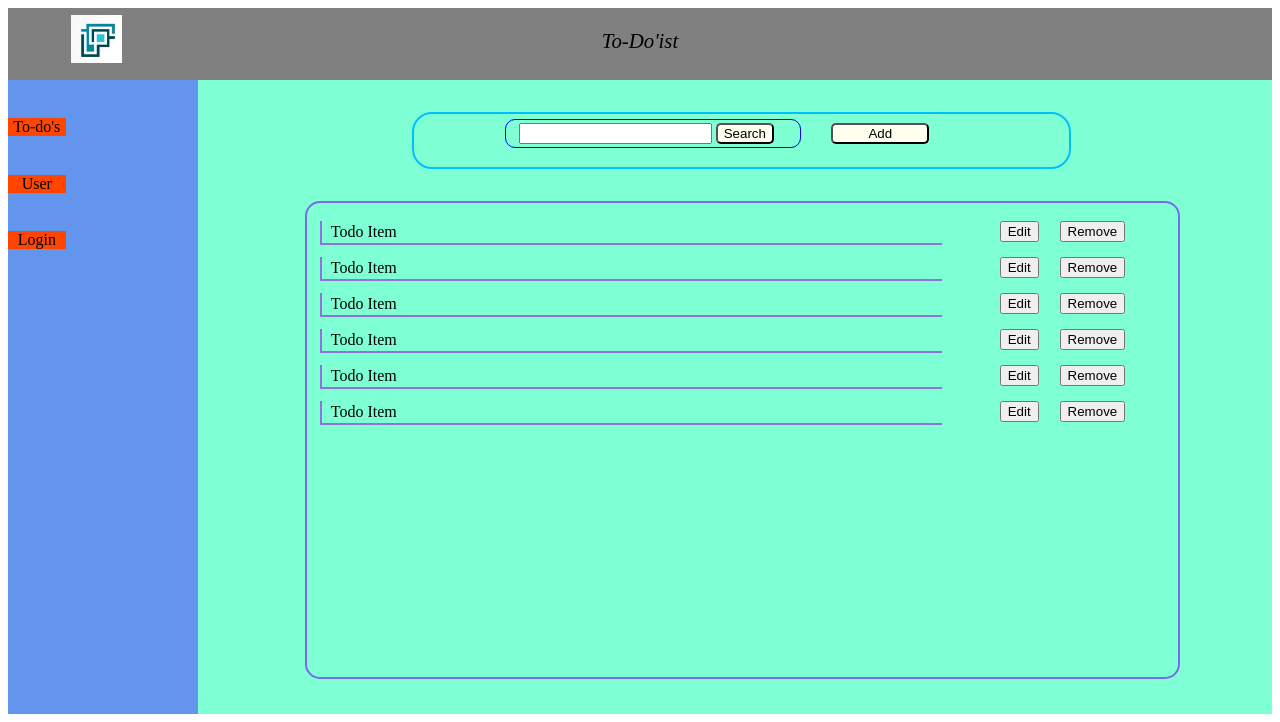
Repository: tavisca-pkadam/Todo-Website
Page: home.html
These files come from the project's save history. The page is drawn as it stood at one moment and after a run of saves; the edit follows.
The browser window is 1280 px wide. The pictures show the whole page.

Above is the page before, as saved 2019-08-20 08:43:25.

### home.html
<!DOCTYPE html>
<html>
  <head>
    <meta charset="utf-8" />
    <meta http-equiv="X-UA-Compatible" content="IE=edge" />
    <title>Page Title</title>
    <meta name="viewport" content="width=device-width, initial-scale=1" />
    <link rel="stylesheet" type="text/css" media="screen" href="main.css" />

    <link rel="import" href="components/header.html" />

    <!-- <script src='main.js'></script> -->
  </head>
  <body>
    <div id="head" class="header">
      <img id="company_logo" src="src/logo.jpg" width="5%" />
      <p id="todo_header"><i>To-Do'ist</i></p>
    </div>


    <div id="side_nav">
      <div id="side_todo"  class="side_btn">
        To-do's
      </div>
      <div id="side_user" class="side_btn">
        User
      </div>
      <div id="side_login" class="side_btn">
        Login
      </div>
    </div>
    <div id="todo_content">
        <div id="todo_content_head">
            <div id="todo_content_search">
                <input type="text" style="padding-right:10px">
                <button class="search_button">Search</button>
            </div>
            <button id="todo_content_add" class="search_button">Add</button>
        </div>
        <div id="todo_list">
            <div class="todo_item">
                <div class="todo_detail">
                        Todo Item
                </div>
                <button class="todo_edit_btn">Edit</button>
                <button>Remove</button>
            </div>
            <div class="todo_item">
                <div class="todo_detail">
                        Todo Item
                </div>
                <button class="todo_edit_btn">Edit</button>
                <button>Remove</button>
            </div>
            <div class="todo_item">
                <div class="todo_detail">
                        Todo Item
                </div>
                <button class="todo_edit_btn">Edit</button>
                <button>Remove</button>
            </div>
            <div class="todo_item">
                <div class="todo_detail">
                        Todo Item
                </div>
                <button class="todo_edit_btn">Edit</button>
                <button>Remove</button>
            </div>
            <div class="todo_item">
                <div class="todo_detail">
                        Todo Item
                </div>
                <button class="todo_edit_btn">Edit</button>
                <button>Remove</button>
            </div>
            <div class="todo_item">
                <div class="todo_detail">
                        Todo Item
                </div>
                <button class="todo_edit_btn">Edit</button>
                <button>Remove</button>
            </div>
        </div>
    </div>
  </body>
</html>

### main.css
.header {
    background-color:gray;
    position: relative;
    width: 100%;
    height: 10vh;
}

#company_logo {
    position: absolute;
    left: 5%;
    width: 4%;
    margin-top: 1vh;
}

#todo_header {
    font-size: 1.3em;
    font-style: oblique;
    font-stretch: expanded;
    position: absolute;
    width: 100%;
    text-align: center;
    /* right: 45%; */
}

#side_nav {
    position: fixed;
    width: 15%;
    background-color: cornflowerblue;
    height: 88vh;
}

.side_btn {
    text-align: center;
    width: 30%;
    position: relative;
    background-color: orangered;
    margin-top: 20%;
}


#todo_content {
    position: relative;
    left: 15%;
    width:85%;
    background-color: aquamarine;
    height: 88vh;
}

#todo_content_head {
    border: 1px;
    position: relative;
    /* background-color: deepskyblue; */
    padding: 5px;
    width: 60%;
    height: 6vh;
    border-radius: 20px;
    left: 20%;
    top: 5%;

    border-width: 2px;
    border-style: solid;
    border-color: deepskyblue;
}

.search_button{
    text-align: center;
    background-color: ivory;
    border-radius: 5px;
}

#todo_content_search{
    position: absolute;
    /* background-color: darksalmon; */
    padding: 0.5%;
    margin-left:4%;
    padding-left: 2%;
    padding-right: 4%;
    left: 5vw;
    border-radius: 10px;
    border-width: 1px;
    border-style: solid;
    border-color: blue;

}
#todo_content_add {
    position: absolute;
    background-color: ivory;
    left: 30vw;
    /* top: 10px; */
    width: 15%;
    margin: 4px;
    margin-left: 5%;
}


#todo_list {
    /* background-color: mediumslateblue; */
    position: relative;
    width: 80%;
    left: 10%;
    top: 10%;
    height: 65vh;
    border-radius: 15px;
    padding:3px;
    padding-left: 8px;


    border-width: 2px;
    border-style: solid;
    border-color: mediumslateblue;
}

.todo_item{
    margin:5px;
    margin-top: 15px;
}

.todo_edit_btn{
    margin-left: 80%;
    margin-right: 2%;
}

.todo_detail{
    width: 70%;

    position: absolute;
    padding: 2px;
    padding-left: 1%;

    border-bottom: 6px solid;
    border-left: 6px solid;
    border-width: 2px;
    border-color: mediumpurple;
    }

After the next 3 saves:
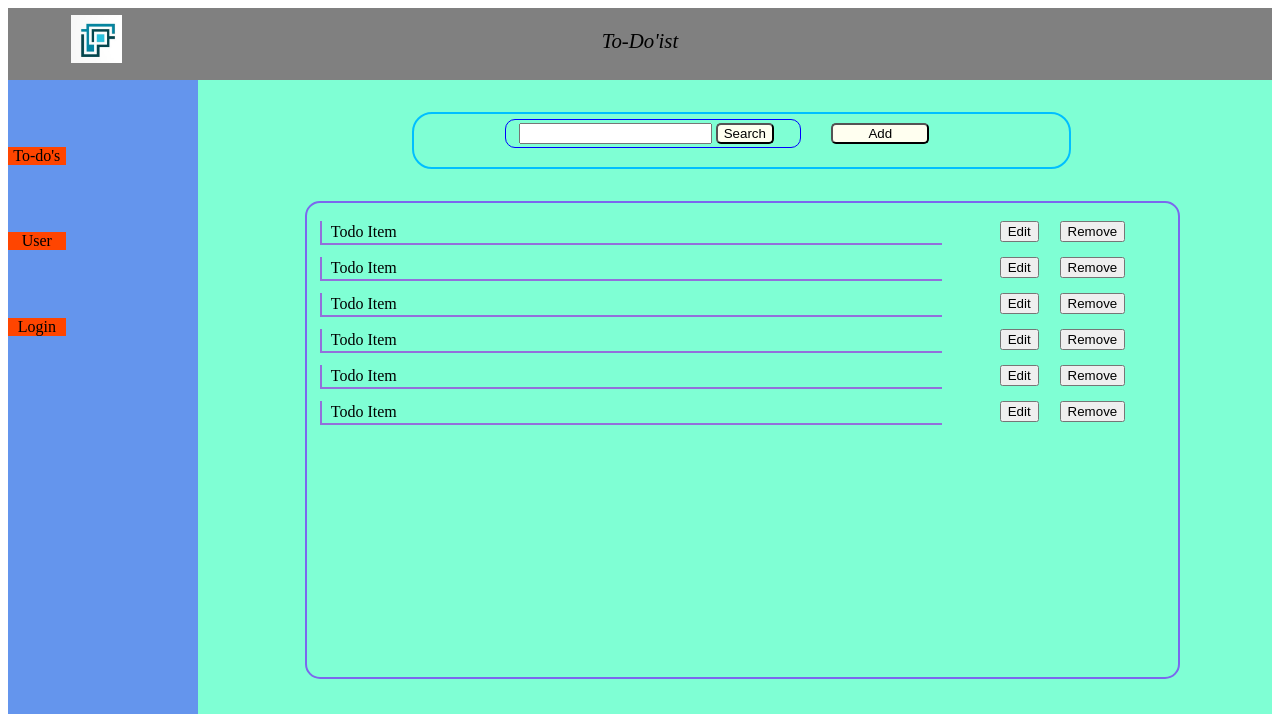
The 3 saves are shown as one change because they came seconds apart.
The last was saved 9 s later.
--- a/main.css
+++ b/main.css
@@ -34,7 +34,7 @@
     width: 30%;
     position: relative;
     background-color: orangered;
-    margin-top: 20%;
+    margin-top: 35%;
 }
 
 
